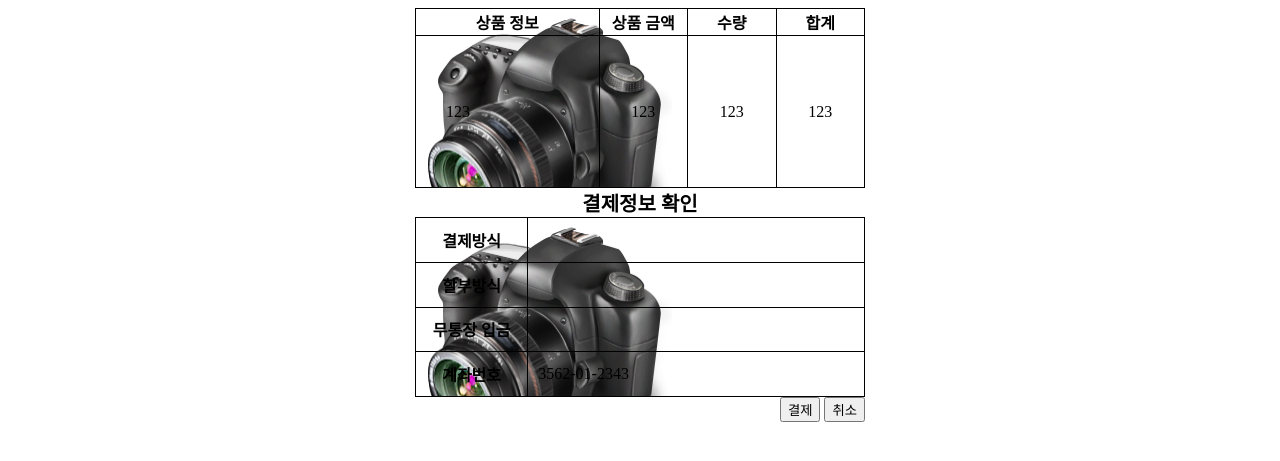
Repository: fellownew/project_workspace
Page: http://localhost/shoppingmall/WEB-INF/view/body/buyer/buyer_order_popup.jsp
These files come from the project's save history. The page is drawn as it stood at one moment and after the next save; the edit follows.
The browser window is 1280 px wide. The pictures show the whole page.
The page is served by Tomcat 9. Nobody is signed in. Other server files are loaded and not shown. The template is opened directly, without the code that normally fills it, so the values that code supplies are empty.

Above is the page before, as saved 2015-06-15 08:06:36.

### shoppingmall/WebContent/WEB-INF/view/body/buyer/buyer_order_popup.jsp
<%@ page contentType="text/html;charset=UTF-8"%>
<%@ taglib prefix="c" uri="http://java.sun.com/jsp/jstl/core"%>
<%@ taglib prefix="fn" uri="http://java.sun.com/jsp/jstl/functions"%>
<%@ taglib prefix="fmt" uri="http://java.sun.com/jsp/jstl/fmt"%>
<!DOCTYPE html>
<html>
<head>
<meta charset="UTF-8">

<style type="text/css">
.center {
	background: url(4.png) no-repeat;
	width: 450px;
	height: 180px;
	margin: 0 auto;
	border: 1px solid black; #
	wrap {position: relative; left : 50%;
	margin-left: -150px;
	align: center;
	left: 50%;
}

}
table, td, th {
	border: 1px #000 solid;
	border-collapse: collapse;
}
</style>


<title>결제창</title>
<link rel="stylesheet"
	href="<%=request.getContextPath()%>/css/sidemenu.css">
<script type="text/javascript"
	src="<%=request.getContextPath()%>/script/jquery.js"></script>
<script type="text/javascript">
	$(document).ready(function() {
		$("#test").on("click", function() {
			opener.parent.payment();
			window.self.close();
		});
	});
</script>

</head>
<body>
<table class="center">
	<colgroup>
		<col width="40">
		<col width="20">
		<col width="20">
		<col width="20">
	</colgroup>
			<thead>
			<tr>
				<th style=" width=150px">상품 정보</th>
				<th>상품 금액</th>
				<th>수량</th>
				<th>합계</th>
			</tr>
		</thead>
		<tbody>
			<tr>
				<td style="padding-left: 30px">123</td>
				<td style="text-align:center">123</td>
				<td style="text-align:center">123</td>
				<td style="text-align:center">123</td>
			</tr>
		</tbody>
</table>
	<table class="center">
		<colgroup>
			<col width="25%">
			<col width="75%">
		</colgroup>

		<caption style="text-align: center; font-weight: bold; font-size: 20px; align:center">
			결제정보 확인
		</caption>
		<thead>
			<tr>
				<c:if test="${param.addtype=='기본주소' }">
					<tr>
						<th>받는분</th>
						<td style="padding-left: 10px">${sessionScope.loginInfo.name}</td>
					</tr>
					<tr>
						<th>연락처</th>
						<td style="padding-left: 10px">${sessionScope.loginInfo.phone}</td>
					</tr>
					<tr>
						<th>주소</th>
						<td style="padding-left: 10px">(${sessionScope.loginInfo.address.postcode })
							${sessionScope.loginInfo.address.addressDetails }</td>
					</tr>
				</c:if>
				<c:if test="${param.addtype=='새로입력' }">
					<tr>
						<th>받는분</th>
						<td style="padding-left: 10px">${param.name}</td>
					</tr>
					<tr>
						<th>연락처</th>
						<td style="padding-left: 10px">${param.phone}</td>
					</tr>
					<tr>
						<th>주소</th>
						<td style="padding-left: 10px">(${param.postcode})${param.address}<br>
						${param.addressDetails}</td>
					</tr>
				</c:if>
			</tr>

			<tr>
				<c:if test="${param.card!='카드선택' }">
					<tr>
						<th>결제방식</th>
						<td style="padding-left: 10px">${param.card }</td>
					</tr>
					<tr>
						<th>할부방식</th>
						<td style="padding-left: 10px">${param.installment }</td>
					</tr>
				</c:if>
				<c:if test="${param.bank!='은행선택' }">
					<tr>
						<th>무통장 입금</th>
						<td style="padding-left: 10px">${param.bank }</td>
					</tr>
					<tr>
						<th>계좌번호</th>
						<td style="padding-left: 10px">3562-01-2343</td>
					</tr>
				</c:if>
			</tr>
		<caption style="text-align: right" align="bottom">
			<button id="test">결제</button>
			<button onclick="window.close()">취소</button>
		</caption>
	</table>
	<br>
</body>
</html>

### shoppingmall/WebContent/css/sidemenu.css
/* Starter CSS for Flyout Menu */
#cssmenu,
#cssmenu ul,
#cssmenu ul li,
#cssmenu ul ul {
  list-style: none;
  margin: 0;
  padding: 0;
  border: 0;
}
#cssmenu ul {
  position: relative;
  z-index: 597;
  float: left;
}
#cssmenu ul li {
  float: left;
  min-height: 1px;
  line-height: 1em;
  vertical-align: middle;
}
#cssmenu ul li.hover,
#cssmenu ul li:hover {
  position: relative;
  z-index: 599;
  cursor: default;
}
#cssmenu ul ul {
  margin-top: 1px;
  visibility: hidden;
  position: absolute;
  top: 1px;
  left: 99%;
  z-index: 598;
  width: 100%;
}
#cssmenu ul ul li {
  float: none;
}
#cssmenu ul ul ul {
  top: 1px;
  left: 99%;
}
#cssmenu ul li:hover > ul {
  visibility: visible;
}
#cssmenu ul li {
  float: none;
}
#cssmenu ul ul li {
  font-weight: normal;
}
/* Custom CSS Styles */
#cssmenu {
  font-size: 18px;
  width: 200px;
}
#cssmenu ul a,
#cssmenu ul a:link,
#cssmenu ul a:visited {
  display: block;
  color: #848889;
  text-decoration: none;
  font-weight: 300;
}
#cssmenu > ul {
  float: none;
}
#cssmenu ul {
  background: #fff;
}
#cssmenu > ul > li {
  border-left: 3px solid #d7d8da;
}
#cssmenu > ul > li > a {
  padding: 10px 20px;
}
#cssmenu > ul > li:hover {
  border-left: 3px solid #3dbd99;
}
#cssmenu ul li:hover > a {
  color: #3dbd99;
}
#cssmenu > ul > li:hover {
  background: #f6f6f6;
}
/* Sub Menu */
#cssmenu ul ul a:link,
#cssmenu ul ul a:visited {
  font-weight: 400;
  font-size: 14px;
}
#cssmenu ul ul {
  width: 180px;
  background: none;
  border-left: 20px solid transparent;
}
#cssmenu ul ul a {
  padding: 8px 0;
  border-bottom: 1px solid #eeeeee;
}
#cssmenu ul ul li {
  padding: 0 20px;
  background: #fff;
}
#cssmenu ul ul li:last-child {
  border-bottom: 3px solid #d7d8da;
  padding-bottom: 10px;
}
#cssmenu ul ul li:first-child {
  padding-top: 10px;
}
#cssmenu ul ul li:last-child > a {
  border-bottom: none;
}
#cssmenu ul ul li:first-child:after {
  content: '';
  display: block;
  width: 0;
  height: 0;
  position: absolute;
  left: -20px;
  top: 13px;
  border-left: 10px solid transparent;
  border-right: 10px solid #fff;
  border-bottom: 10px solid transparent;
  border-top: 10px solid transparent;
}

Loaded but not shown: shoppingmall/WebContent/script/jquery.js (library)

After the next save:
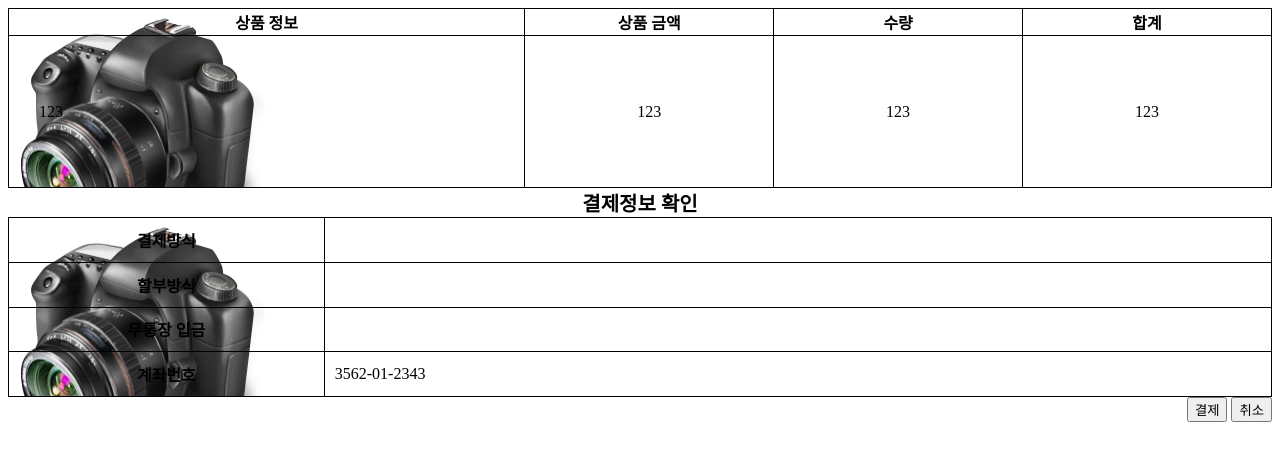
Saved 96 s later.
--- a/shoppingmall/WebContent/WEB-INF/view/body/buyer/buyer_order_popup.jsp
+++ b/shoppingmall/WebContent/WEB-INF/view/body/buyer/buyer_order_popup.jsp
@@ -10,7 +10,7 @@
 <style type="text/css">
 .center {
 	background: url(4.png) no-repeat;
-	width: 450px;
+	width: 100%;
 	height: 180px;
 	margin: 0 auto;
 	border: 1px solid black; #
